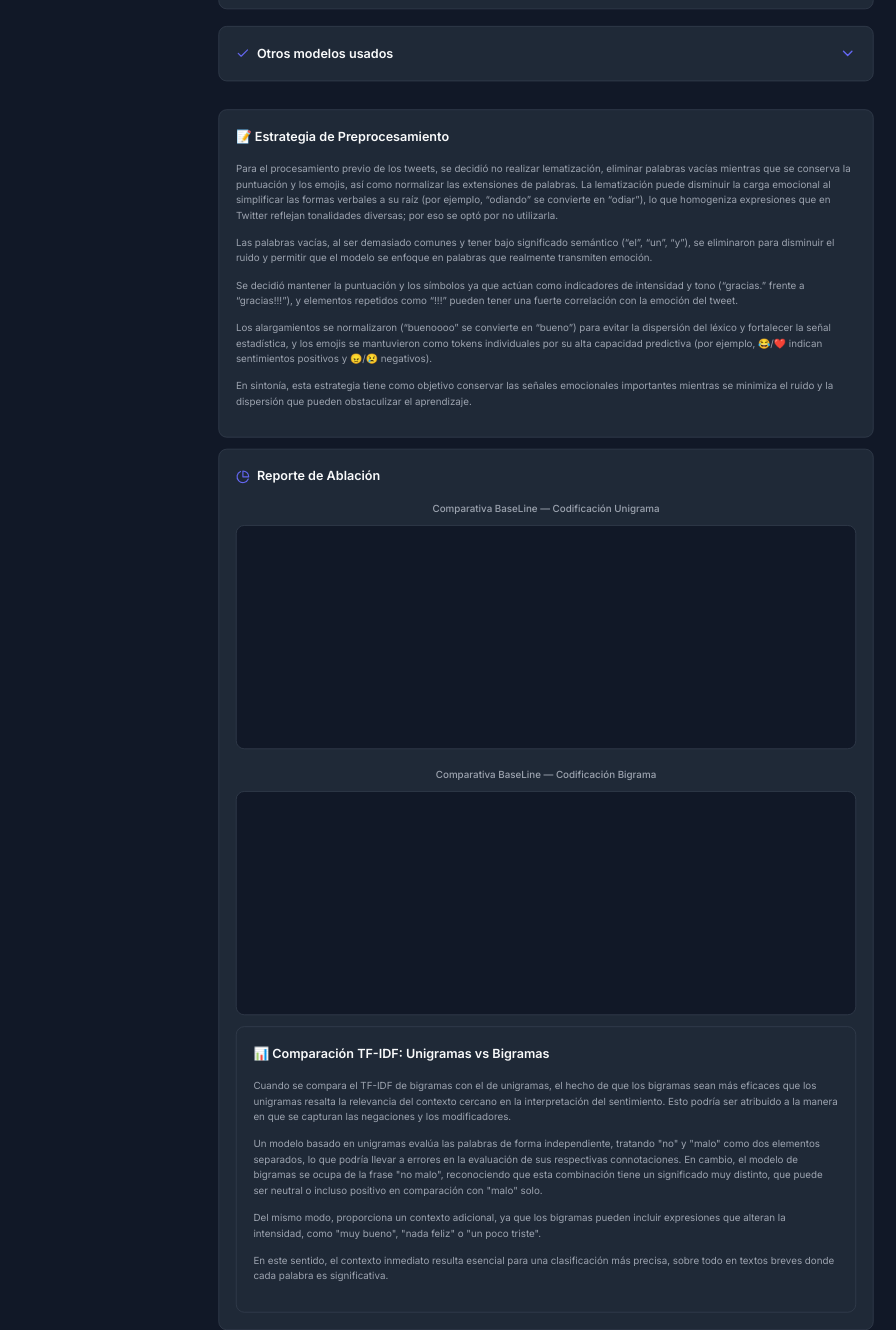
Repository: sergio285/NLP-Sentiment-analysis
Page: pagina/templates/index.html
The author's editor kept a record of every edit. The page is drawn from the files as they stood at one moment, then again after the next edit.
The browser window is 1280 px wide. The pictures show the part of the page from y = 893 to 2793 px (the page is 2985 px tall before and 3008 px after), at 70% of full size.
A picture or video elsewhere on the page could not be fetched, so the positions and the page height are approximate. The page's requests for data from a server got no answer.

Above is the page before.

### pagina/templates/index.html
<!DOCTYPE html>
<html lang="es">
<head>
    <meta charset="UTF-8" />
    <meta name="viewport" content="width=device-width, initial-scale=1.0" />
    <title>Dashboard Pro | Análisis de Modelo</title>

    <link href="https://fonts.googleapis.com/css2?family=Inter:wght@400;500;600;700;800&display=swap" rel="stylesheet" />
    <link rel="stylesheet" href="/static/css/styles.css" />

    <script src="https://code.jquery.com/jquery-3.6.0.min.js"></script>
    <script src="https://cdn.jsdelivr.net/npm/chart.js"></script>
    <style>
        /* Estilos para el componente desplegable */
        .card-title-toggle {
            cursor: pointer;
            display: flex;
            justify-content: space-between;
            align-items: center;
            width: 100%;
        }
        .card-title-toggle .arrow-icon {
            transition: transform 0.3s ease-in-out;
        }
        .card-title-toggle.active .arrow-icon {
            transform: rotate(180deg);
        }
        /* Eliminar margen inferior del título cuando está cerrado */
        .card-title.card-title-toggle {
            margin-bottom: 0;
        }
        /* Restaurar margen inferior cuando está activo (abierto) */
        .card-title.card-title-toggle.active {
            margin-bottom: 20px;
        }
        .collapsible-content {
            display: none; /* Oculto por defecto */
        }
    </style>
</head>
<body>
    <aside class="sidebar">
        <div class="sidebar-header">
            <svg class="logo-icon" xmlns="http://www.w3.org/2000/svg" width="28" height="28" viewBox="0 0 24 24" fill="none" stroke="currentColor" stroke-width="2" stroke-linecap="round" stroke-linejoin="round"><path d="M12 20V10"/><path d="M18 20V4"/><path d="M6 20V16"/></svg>
            <h2>Dashboard del Modelo</h2>
        </div>
        <div class="sidebar-info">
            <div class="info-item">
                <span class="info-label">Tracking URI</span>
                <span id="infoTracking" class="info-value">Cargando...</span>
            </div>
            <div class="info-item">
                <span class="info-label">Run ID</span>
                <span id="infoRunId" class="info-value">Cargando...</span>
            </div>
        </div>
    </aside>

    <main class="main-content">
            <div class="grid-col">
                <!-- SECCIÓN DE INFERENCIA DESPLEGABLE -->
                <div class="card">
                    <div class="card-title card-title-toggle">
                        <div style="display: flex; align-items: center; gap: 10px;">
                            <svg xmlns="http://www.w3.org/2000/svg" width="20" height="20" viewBox="0 0 24 24" fill="none" stroke="currentColor" stroke-width="2" stroke-linecap="round" stroke-linejoin="round"><line x1="12" x2="12" y1="2" y2="22"></line><path d="M17 5H9.5a3.5 3.5 0 0 0 0 7h5a3.5 3.5 0 0 1 0 7H6"></path></svg>
                            <span>Inferencia en Tiempo Real</span>
                        </div>
                        <svg class="arrow-icon" xmlns="http://www.w3.org/2000/svg" width="24" height="24" viewBox="0 0 24 24" fill="none" stroke="currentColor" stroke-width="2" stroke-linecap="round" stroke-linejoin="round"><polyline points="6 9 12 15 18 9"></polyline></svg>
                    </div>
                    <div class="collapsible-content">
                        <p class="card-subtitle">Prueba el modelo con nuevos textos en ingles (uno por línea).</p>
                        <textarea id="txtInputs" class="predict-textarea" rows="8" placeholder="this is a great movie!&#10;i really disliked the acting..."></textarea>
                        <div class="predict-actions">
                            <button id="btnPredict" class="btn">🚀 Predecir Sentimiento</button>
                            <span id="predictStatus" class="status">Listo</span>
                        </div>
                        <div id="predictOutput" class="results-container"></div>
                    </div>
                </div>

                <div class="card">
                    <h2 class="card-title">
                        <svg xmlns="http://www.w3.org/2000/svg" width="20" height="20" viewBox="0 0 24 24" fill="none" stroke="currentColor" stroke-width="2" stroke-linecap="round" stroke-linejoin="round"><path d="M14.7 6.3a1 1 0 0 0 0 1.4l1.6 1.6a1 1 0 0 0 1.4 0l3.77-3.77a6 6 0 0 1-7.94 7.94l-6.91 6.91a2.12 2.12 0 0 1-3-3l6.91-6.91a6 6 0 0 1 7.94-7.94l-3.76 3.76z"></path></svg>
                        Métricas Clave - Modelo LightGBM
                    </h2>
                    <div id="metrics-container" class="metrics-grid"></div>
                </div>

                <div class="card">
                    <h2 class="card-title">
                        <svg xmlns="http://www.w3.org/2000/svg" width="20" height="20" viewBox="0 0 24 24" fill="none" stroke="currentColor" stroke-width="2" stroke-linecap="round" stroke-linejoin="round"><path d="M12.22 2h-4.44a2 2 0 0 0-2 2v16a2 2 0 0 0 2 2h8.88a2 2 0 0 0 2-2v-8.44Z"></path><path d="M18 2h-3v7h7V5Z"></path></svg>
                        Parámetros del Modelo
                    </h2>
                    <div class="table-container">
                        <table id="params-table">
                            <thead>
                                <tr>
                                    <th>Parámetro</th>
                                    <th>Valor</th>
                                </tr>
                            </thead>
                            <tbody></tbody>
                        </table>
                    </div>
                </div>

                <div class="card">
                    <h2 class="card-title">
                        <svg xmlns="http://www.w3.org/2000/svg" width="20" height="20" viewBox="0 0 24 24" fill="none" stroke="currentColor" stroke-width="2" stroke-linecap="round" stroke-linejoin="round"><rect x="3" y="3" width="18" height="18" rx="2" ry="2"></rect><line x1="3" y1="9" x2="21" y2="9"></line><line x1="9" y1="21" x2="9" y2="9"></line></svg>
                        Comportamiento visual del modelo
                    </h2>
                    <div class="model-visuals">
                        <div>
                            <h3 class="chart-title">Matriz de Confusión</h3>
                            <p class="card-subtitle">Rendimiento del modelo en el conjunto de prueba.</p>
                            <img src="/confusion-matrix" alt="Matriz de Confusión" width="400" height="auto"/>
                        </div>
                    </div>
                </div>
               <div class="card" id="other-models-card">
                      <div class="card-title card-title-toggle">
                        <div style="display:flex;align-items:center;gap:10px;">
                          <svg xmlns="http://www.w3.org/2000/svg" width="20" height="20"
                               viewBox="0 0 24 24" fill="none" stroke="currentColor"
                               stroke-width="2" stroke-linecap="round" stroke-linejoin="round">
                            <path d="M20 6L9 17l-5-5"></path>
                          </svg>
                          <span>Otros modelos usados</span>
                        </div>
                        <svg class="arrow-icon" xmlns="http://www.w3.org/2000/svg" width="24" height="24"
                             viewBox="0 0 24 24" fill="none" stroke="currentColor" stroke-width="2"
                             stroke-linecap="round" stroke-linejoin="round">
                          <polyline points="6 9 12 15 18 9"></polyline>
                        </svg>
                      </div>

                      <div class="collapsible-content">
                        <!-- Contenido dinámico generado por JS (métricas/params), p.ej. LogisticRegression -->
                        <div id="other-models" class="grid-col" style="gap:20px;">
                          <!-- Se llena por JS -->
                        </div>

                        <!-- ===== Figuras estáticas — LogisticRegression (modeloFinal) ===== -->
                        <div class="card" style="margin-top:20px;">
                          <h3 class="card-title">Comportamiento visual del modelo - Regresion Logistica</h3>
                          <div class="model-visuals" style="display:grid;grid-template-columns:repeat(auto-fit,minmax(320px,1fr));gap:16px;">
                            <div>
                              <h4 class="chart-title">Matriz de Confusión (conteos)</h4>
                              <p class="card-subtitle">Rendimiento del modelo en el conjunto de prueba.</p>
                              <img src="/static/images/confusion_matrix_counts.png"
                                   alt="Matriz de Confusión - LogisticRegression"
                                   width="420" height="auto"
                                   style="max-width:100%;border-radius:10px;border:1px solid #374151;"/>
                            </div>
                            <div>
                              <h4 class="chart-title">Curva Precisión–Recall</h4>
                              <p class="card-subtitle">Relación entre cobertura y precisión del clasificador.</p>
                              <img src="/static/images/precision_recall_curve.png"
                                   alt="Curva Precisión–Recall - LogisticRegression"
                                   width="420" height="auto"
                                   style="max-width:100%;border-radius:10px;border:1px solid #374151;"/>
                            </div>
                          </div>
                        </div>
                        <!-- ===== /Figuras estáticas — LogisticRegression ===== -->

                        <!-- ===== Figuras estáticas — Keras-MLP TFIDF+SVD ===== -->
                        <div class="card" style="margin-top:20px;">
                          <h3 class="card-title">Comportamiento visual del modelo - Red Neuronal</h3>
                          <p class="card-subtitle">
                            Keras MLP sobre TF-IDF bigrama + TruncatedSVD. Evaluación en TEST (matrices de confusión).
                          </p>
                          <div class="model-visuals" style="display:grid;grid-template-columns:repeat(auto-fit,minmax(320px,1fr));gap:16px;">
                            <div>
                              <h4 class="chart-title">Matriz de Confusión (conteos)</h4>
                              <img src="/static/images/confusion_matrix_counts_test.png"
                                   alt="Matriz de Confusión (conteos) — Keras-MLP TFIDF+SVD"
                                   width="420" height="auto"
                                   style="max-width:100%;border-radius:10px;border:1px solid #374151;"/>
                            </div>
                            <div>
                              <h4 class="chart-title">Matriz de Confusión (normalizada)</h4>
                              <img src="/static/images/confusion_matrix_normalized_test.png"
                                   alt="Matriz de Confusión (normalizada) — Keras-MLP TFIDF+SVD"
                                   width="420" height="auto"
                                   style="max-width:100%;border-radius:10px;border:1px solid #374151;"/>
                            </div>
                          </div>
                        </div>
                        <!-- ===== /Figuras estáticas — Keras-MLP TFIDF+SVD ===== -->
                      </div>
                    </div>
                <div class="card full-width-card">
                    <h2 class="card-title">📝 Estrategia de Preprocesamiento</h2>
                    <p class="card-subtitle">
                        Para el procesamiento previo de los tweets, se decidió no realizar lematización, eliminar palabras vacías mientras que se conserva la puntuación y los emojis, así como normalizar las extensiones de palabras.
                        La lematización puede disminuir la carga emocional al simplificar las formas verbales a su raíz (por ejemplo, “odiando” se convierte en “odiar”), lo que homogeniza expresiones que en Twitter reflejan tonalidades diversas; por eso se optó por no utilizarla.
                    </p>
                    <p class="card-subtitle">
                        Las palabras vacías, al ser demasiado comunes y tener bajo significado semántico (“el”, “un”, “y”), se eliminaron para disminuir el ruido y permitir que el modelo se enfoque en palabras que realmente transmiten emoción.
                    </p>
                    <p class="card-subtitle">
                        Se decidió mantener la puntuación y los símbolos ya que actúan como indicadores de intensidad y tono (“gracias.” frente a “gracias!!!”), y elementos repetidos como “!!!” pueden tener una fuerte correlación con la emoción del tweet.
                    </p>
                    <p class="card-subtitle">
                        Los alargamientos se normalizaron (“buenoooo” se convierte en “bueno”) para evitar la dispersión del léxico y fortalecer la señal estadística, y los emojis se mantuvieron como tokens individuales por su alta capacidad predictiva (por ejemplo, 😂/❤️ indican sentimientos positivos y 😠/😢 negativos).
                    </p>
                    <p class="card-subtitle">
                        En sintonía, esta estrategia tiene como objetivo conservar las señales emocionales importantes mientras se minimiza el ruido y la dispersión que pueden obstaculizar el aprendizaje.
                    </p>
                </div>
            </div>

        <div class="card full-width-card">
            <h2 class="card-title">
                <svg xmlns="http://www.w3.org/2000/svg" width="20" height="20" viewBox="0 0 24 24" fill="none" stroke="currentColor" stroke-width="2" stroke-linecap="round" stroke-linejoin="round"><path d="M21.21 15.89A10 10 0 1 1 8 2.83"></path><path d="M22 12A10 10 0 0 0 12 2v10z"></path></svg>
                Reporte de Ablación
            </h2>
            <div>
                  <h3 class="chart-title">Comparativa BaseLine — Codificación Unigrama</h3>
                  <div class="chart-container">
                    <canvas id="ablationChartUnigram"></canvas>
                  </div>
                </div>

                <div>
                    <br>
                  <h3 class="chart-title">Comparativa BaseLine — Codificación Bigrama</h3>
                  <div class="chart-container">
                    <canvas id="ablationChartBigram"></canvas>
                  </div>
            </div>
            <div class="card full-width-card">
                <h2 class="card-title">📊 Comparación TF-IDF: Unigramas vs Bigramas</h2>
                <p class="card-subtitle">
                    Cuando se compara el TF-IDF de bigramas con el de unigramas, el hecho de que los bigramas sean más eficaces que los unigramas resalta la relevancia del contexto cercano en la interpretación del sentimiento.
                    Esto podría ser atribuido a la manera en que se capturan las negaciones y los modificadores.
                </p>
                <p class="card-subtitle">
                    Un modelo basado en unigramas evalúa las palabras de forma independiente, tratando "no" y "malo" como dos elementos separados, lo que podría llevar a errores en la evaluación de sus respectivas connotaciones.
                    En cambio, el modelo de bigramas se ocupa de la frase "no malo", reconociendo que esta combinación tiene un significado muy distinto, que puede ser neutral o incluso positivo en comparación con "malo" solo.
                </p>
                <p class="card-subtitle">
                    Del mismo modo, proporciona un contexto adicional, ya que los bigramas pueden incluir expresiones que alteran la intensidad, como "muy bueno", "nada feliz" o "un poco triste".
                </p>
                <p class="card-subtitle">
                    En este sentido, el contexto inmediato resulta esencial para una clasificación más precisa, sobre todo en textos breves donde cada palabra es significativa.
                </p>
            </div>

        </div>

        <div class="card full-width-card">
            <h2 class="card-title">🤝 Comparación con HuggingFace</h2>
            <p id="comparisonSummary" class="card-subtitle">—</p>
            <div class="results-container table-container">
                <table id="comparisonTable">
                    <thead>
                        <tr>
                            <th>Métrica</th>
                            <th>Random Forest</th>
                            <th>HuggingFace</th>
                            <th>Diferencia</th>
                        </tr>
                    </thead>
                    <tbody></tbody>
                </table>
            </div>
            <p id="comparisonTextBottom" class="card-subtitle">—</p>
        </div>
    </main>

    <script src="/static/js/app.js"></script>
</body>
</html>

Loaded but not shown: pagina/static/js/app.js (628 lines, source omitted); pagina/static/css/styles.css (383 lines, source omitted)

After the next edit:
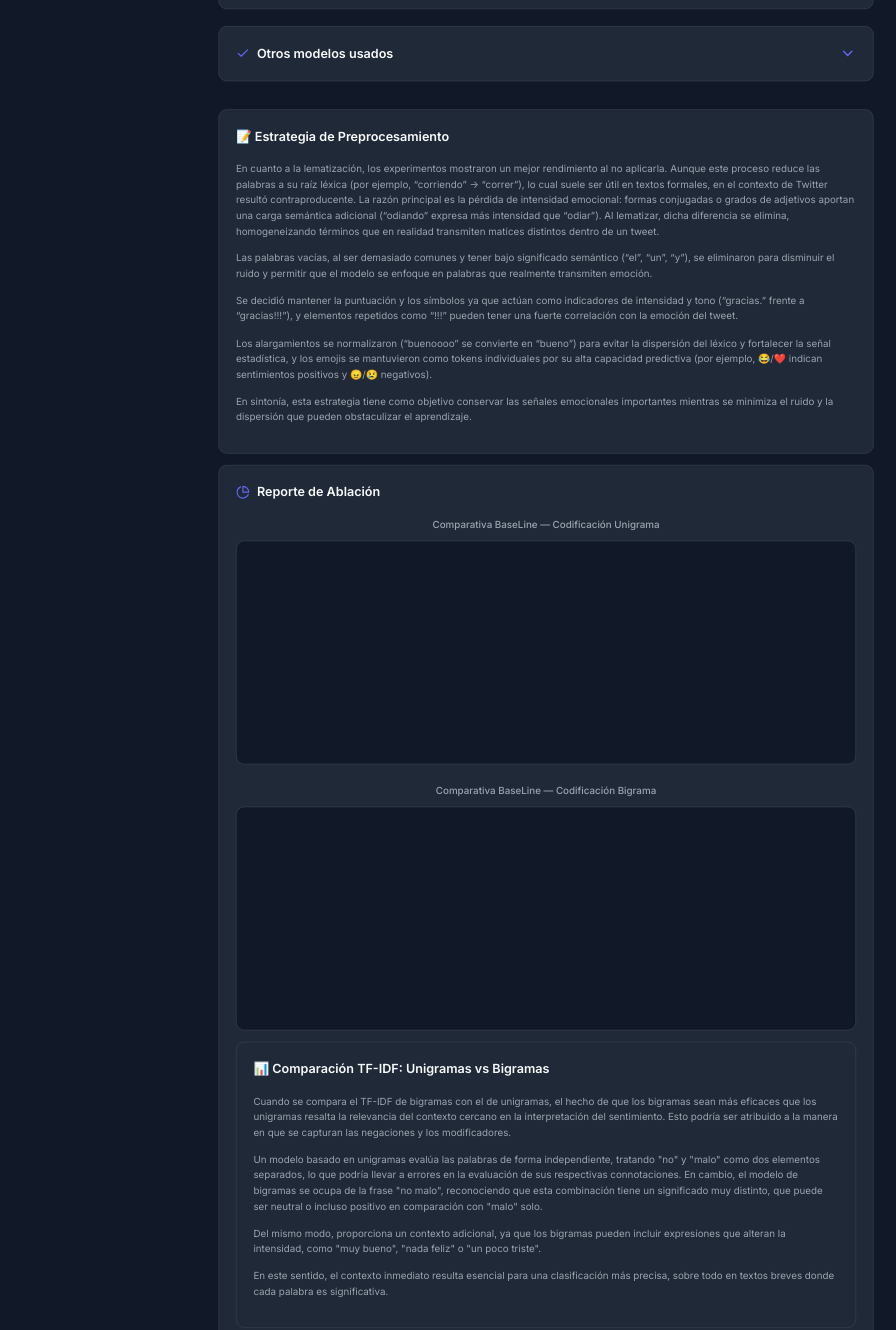
The edit:
--- a/pagina/templates/index.html
+++ b/pagina/templates/index.html
@@ -193,8 +193,7 @@
                 <div class="card full-width-card">
                     <h2 class="card-title">📝 Estrategia de Preprocesamiento</h2>
                     <p class="card-subtitle">
-                        Para el procesamiento previo de los tweets, se decidió no realizar lematización, eliminar palabras vacías mientras que se conserva la puntuación y los emojis, así como normalizar las extensiones de palabras.
-                        La lematización puede disminuir la carga emocional al simplificar las formas verbales a su raíz (por ejemplo, “odiando” se convierte en “odiar”), lo que homogeniza expresiones que en Twitter reflejan tonalidades diversas; por eso se optó por no utilizarla.
+                        En cuanto a la lematización, los experimentos mostraron un mejor rendimiento al no aplicarla. Aunque este proceso reduce las palabras a su raíz léxica (por ejemplo, “corriendo” → “correr”), lo cual suele ser útil en textos formales, en el contexto de Twitter resultó contraproducente. La razón principal es la pérdida de intensidad emocional: formas conjugadas o grados de adjetivos aportan una carga semántica adicional (“odiando” expresa más intensidad que “odiar”). Al lematizar, dicha diferencia se elimina, homogeneizando términos que en realidad transmiten matices distintos dentro de un tweet.
                     </p>
                     <p class="card-subtitle">
                         Las palabras vacías, al ser demasiado comunes y tener bajo significado semántico (“el”, “un”, “y”), se eliminaron para disminuir el ruido y permitir que el modelo se enfoque en palabras que realmente transmiten emoción.
